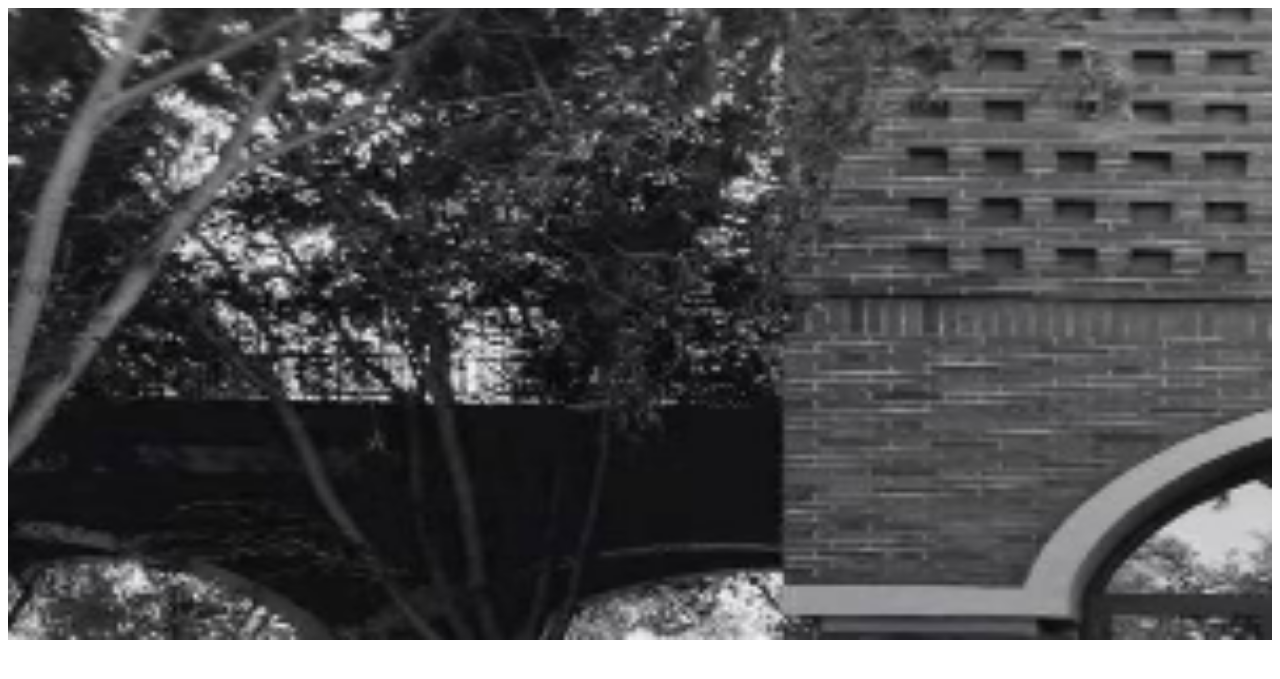
Repository: nishuiwei/nishuiwei.github.io
Page: demo_01.html
These files come from the project's save history. The page is drawn as it stood at one moment and after the next save; the edit follows.
The browser window is 1280 px wide. The pictures show the whole page.

Above is the page before, as saved 2019-12-19 09:55:18.

### demo_01.html
<!DOCTYPE html>
<html lang="en">

<head>
  <meta charset="UTF-8">
  <meta name="viewport" content="width=device-width, initial-scale=1.0">
  <meta http-equiv="X-UA-Compatible" content="ie=edge">
  <meta name="卫慧杰" content="w920098695@sina.cn" />
  <meta name="keywords" content="your tags" />
  <meta name="description" content="your description" />
  <meta http-equiv="X-UA-Compatible" content="ie=edge">
  <meta name="COPYRIGHT" content="卫慧杰">
  <title>Document</title>
  <style>
    #canvas {
      background: rgba(0, 0, 0, .8);
      /* width: 100%; */
      width: 100%;
    }
  </style>
</head>

<body>
  <canvas id="canvas"></canvas>
  <script src="./demo_01.js"></script>
</body>

</html>

### demo_01.js
const canvas = document.getElementById('canvas');
const ctx = canvas.getContext('2d');

var img = new Image();
img.onload = function() {
  ctx.drawImage(img, 0, 0, 600, 400)
}
img.src = './bg1.jpg';

After the next save:
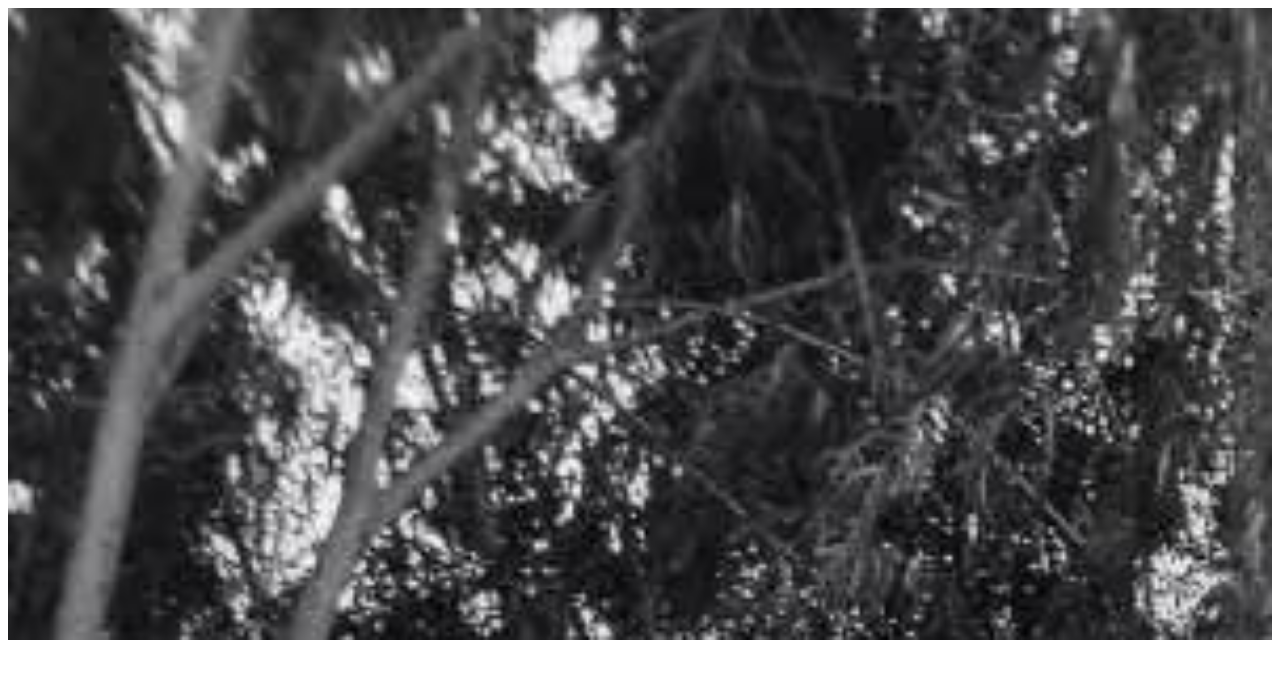
Saved 12 s later.
--- a/demo_01.js
+++ b/demo_01.js
@@ -3,6 +3,6 @@
 
 var img = new Image();
 img.onload = function() {
-  ctx.drawImage(img, 0, 0, 600, 400)
+  ctx.drawImage(img, 0, 0)
 }
 img.src = './bg1.jpg';

After the 4 saves that followed:
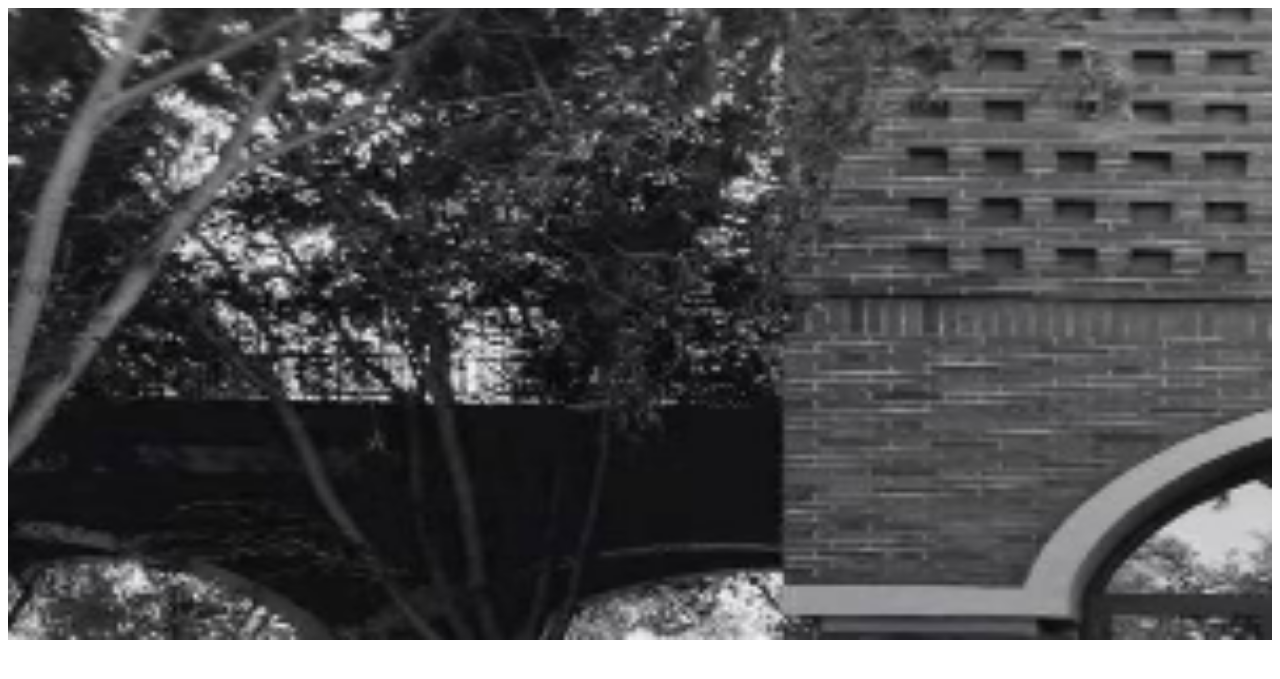
The 4 saves are shown as one change because 3 left the picture as it was.
The last was saved 35 s later.
--- a/demo_01.html
+++ b/demo_01.html
@@ -13,9 +13,12 @@
   <title>Document</title>
   <style>
     #canvas {
+      margin: 0;
+      padding: 0;
       background: rgba(0, 0, 0, .8);
       /* width: 100%; */
       width: 100%;
+      height: 100%;
     }
   </style>
 </head>
--- a/demo_01.js
+++ b/demo_01.js
@@ -3,6 +3,6 @@
 
 var img = new Image();
 img.onload = function() {
-  ctx.drawImage(img, 0, 0)
+  ctx.drawImage(img, 0, 0, 600, 400)
 }
 img.src = './bg1.jpg';
